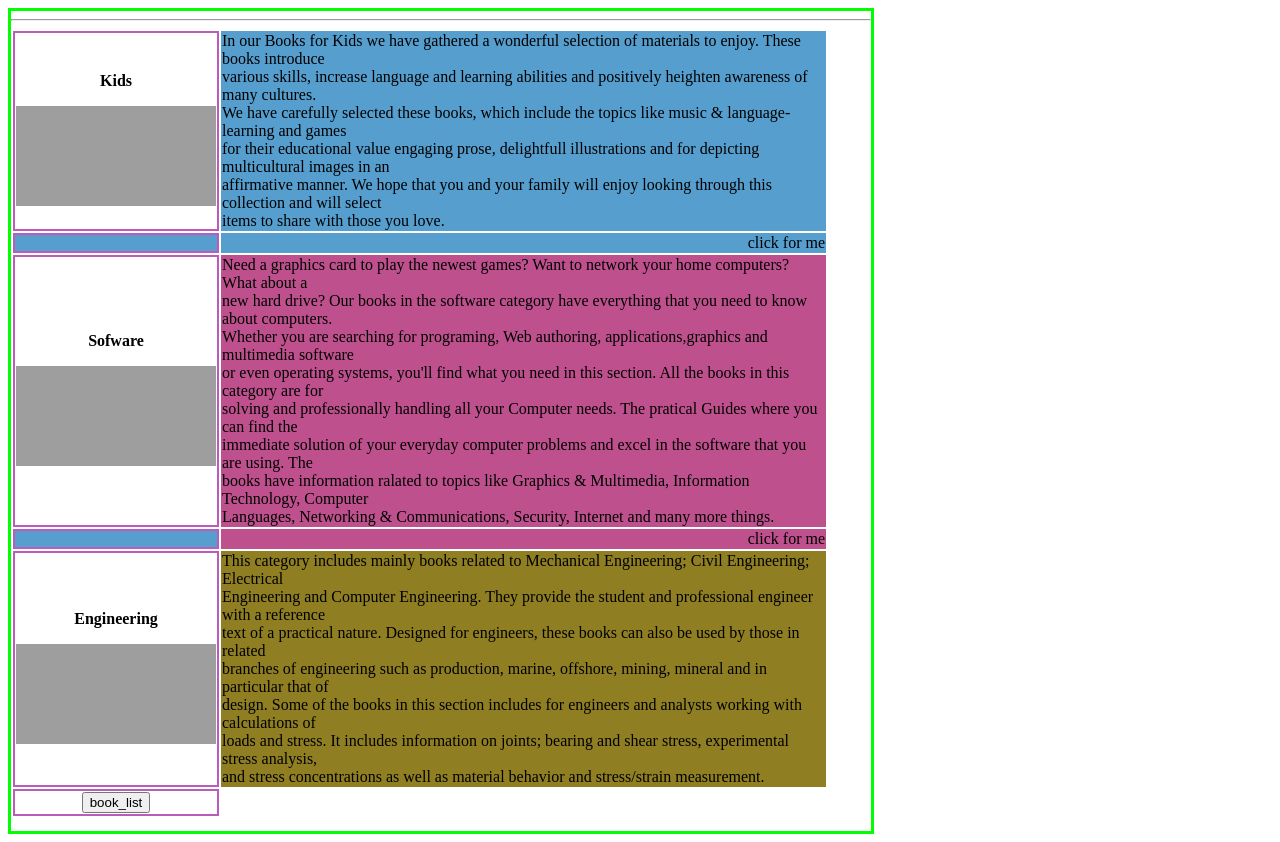
Repository: Helianthusss/Learn-CPP
Page: HTML/lap2/bai4/bai4.html
The author's editor kept a copy of each file at every save. The page is drawn from the files as they stood at one save, then again after the next save.
The browser window is 1280 px wide. The pictures show the whole page.
Pictures or frames that could not be fetched are drawn as grey boxes.

Above is the page before, as saved 2021-10-09 22:45:14.

After the next save:
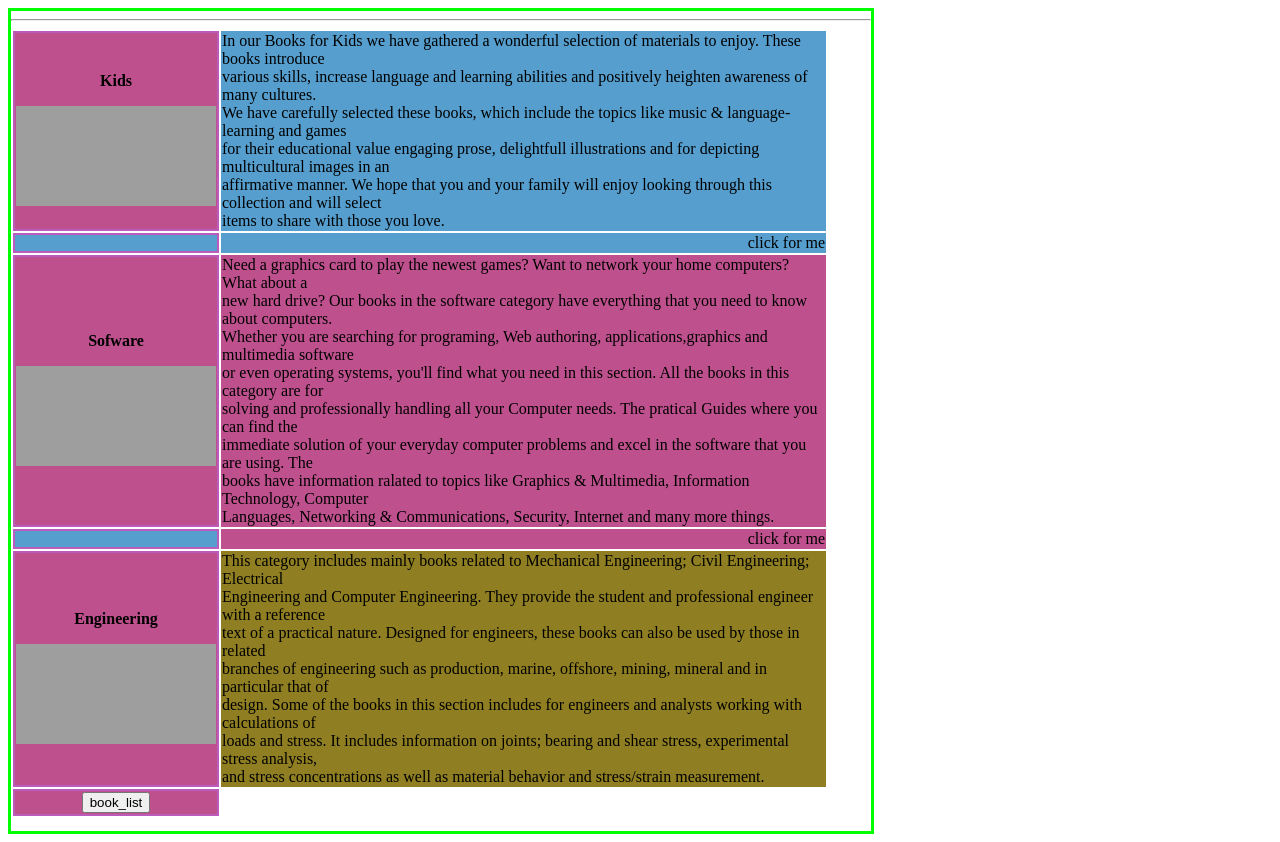
Saved 77 s later.
--- a/HTML/lap2/bai4/style.css
+++ b/HTML/lap2/bai4/style.css
@@ -12,3 +12,6 @@ th {
 td {
   background-color: rgb(85, 158, 206);
 }
+th {
+  background-color: rgb(190, 81, 141);
+}

After the save that followed:
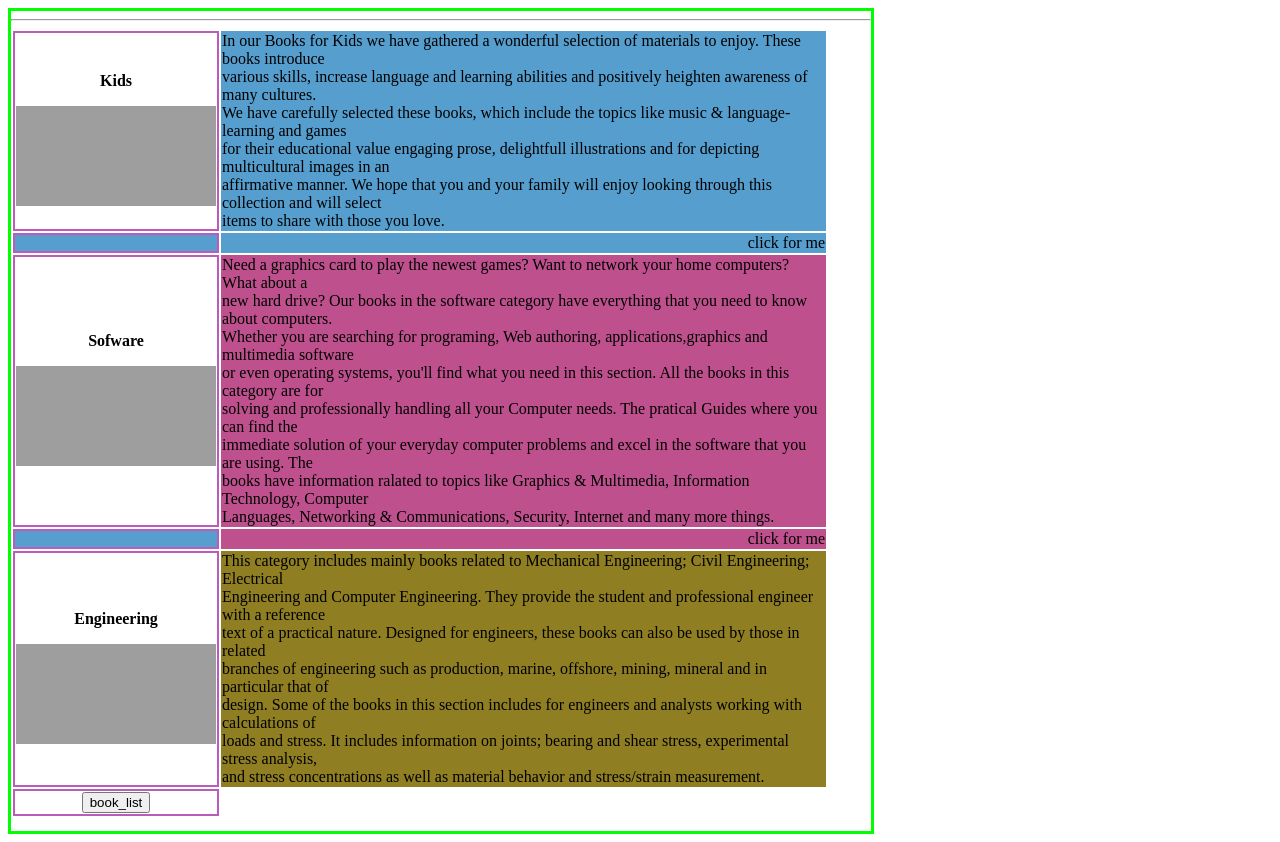
Saved 50 s later.
--- a/HTML/lap2/bai4/style.css
+++ b/HTML/lap2/bai4/style.css
@@ -12,6 +12,6 @@ th {
 td {
   background-color: rgb(85, 158, 206);
 }
-th {
+.2 {
   background-color: rgb(190, 81, 141);
 }
